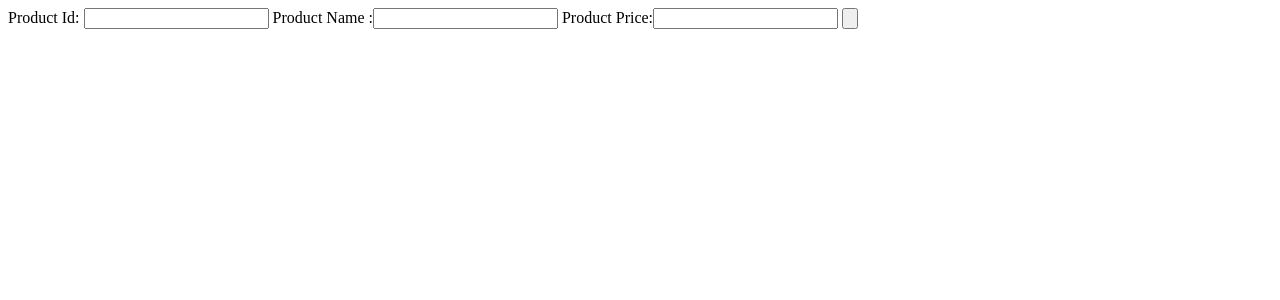
Repository: SakshiTiwari28/Java-Assignment
Page: RestFul/TrivagoHotel/WebContent/addProduct.html
An editor plug-in stored every save of this project. The page is shown before and after the next save, followed by the edit.
The browser window is 1280 px wide. The pictures show the whole page.

Above is the page before, as saved 2019-07-25 19:44:59.

After the next save:
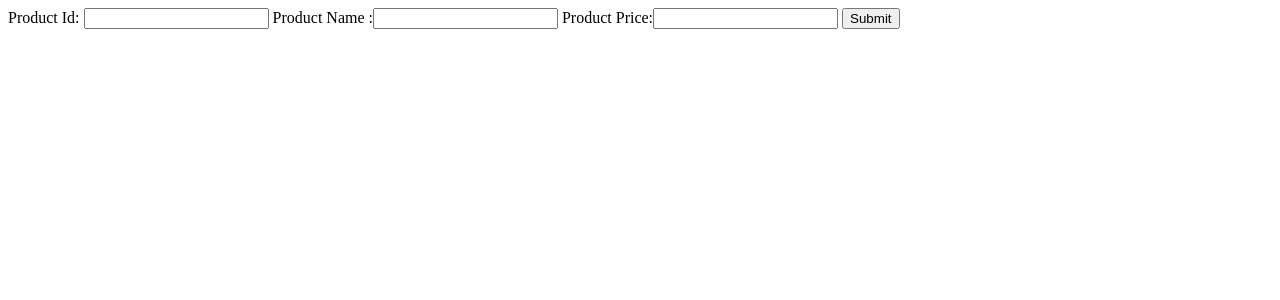
Saved 35 s later.
--- a/RestFul/TrivagoHotel/WebContent/addProduct.html
+++ b/RestFul/TrivagoHotel/WebContent/addProduct.html
@@ -7,9 +7,9 @@
 <body>
 <form method="post">
 Product Id:   <input type="number" name="id">
-Product Name :<input type="number" name="id">
-Product Price:<input type="number" name="id">
-<input type="button">
+Product Name :<input type="number" name="productName">
+Product Price:<input type="number" name="price">
+<input type="submit" name="submit">
 </form>
 
 </body>
